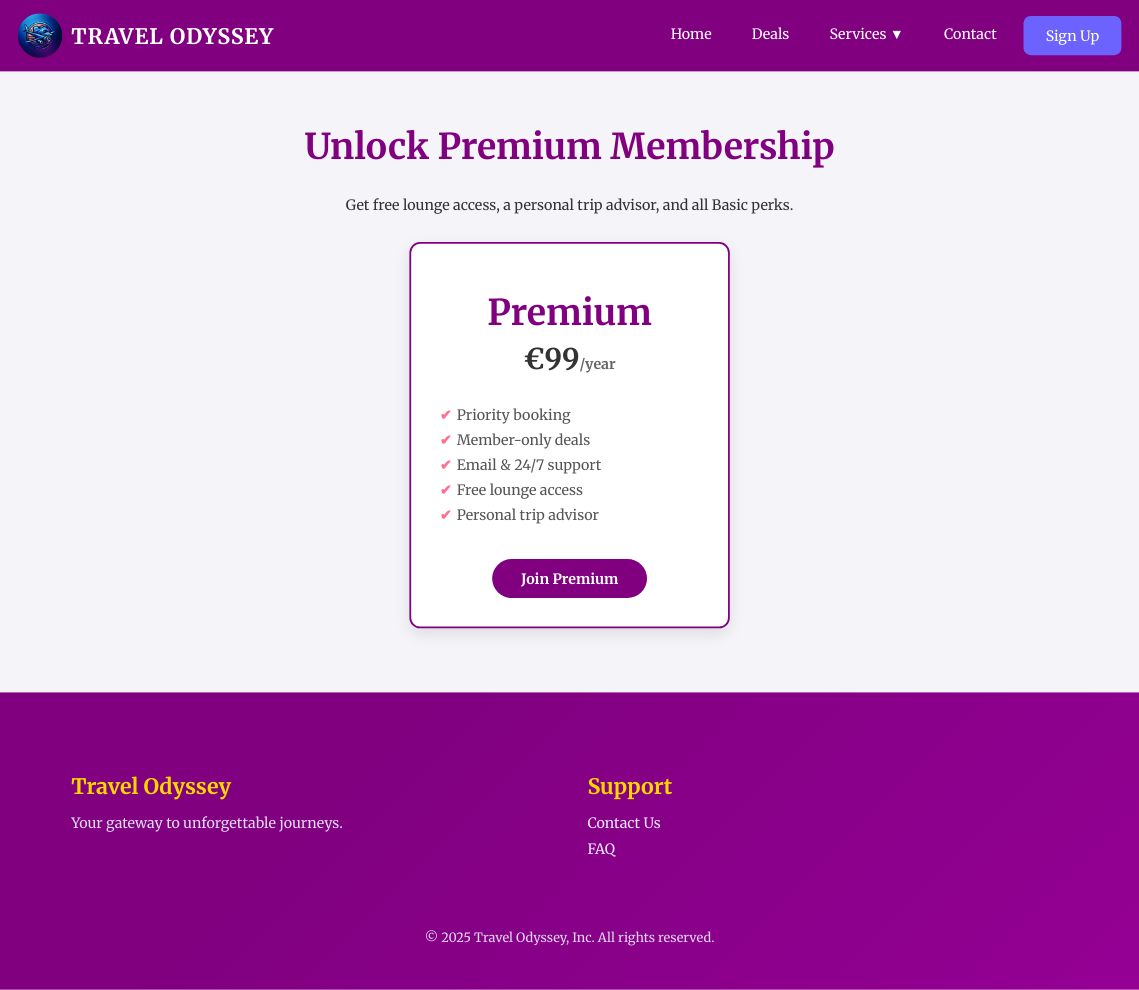
Repository: GHzPhoenix/Project-Odyssey
Page: Frontend/membership.html
These files come from the project's save history. The page is drawn as it stood at one moment and after the next save; the edit follows.
The browser window is 1280 px wide. The pictures show the whole page, at 89% of full size.

Above is the page before, as saved 2025-06-13 14:44:40.

### Frontend/membership.html
<!DOCTYPE html>
<html lang="en">
  <head>
    <meta charset="UTF-8" />
    <meta name="viewport" content="width=device-width, initial-scale=1.0" />
    <title>Membership – Travel Odyssey</title>
    <link rel="stylesheet" href="/Frontend/css/style.css" />
    <link rel="stylesheet" href="/Frontend/css/membership.css" />
    <link
      href="https://fonts.googleapis.com/css2?family=Merriweather:wght@300;400;700&display=swap"
      rel="stylesheet"
    />
    <style>
      .plans {
        display: flex;
        justify-content: center;
        margin: 2rem 0;
      }
      .plan-card {
        background: #fff;
        border-radius: 12px;
        box-shadow: 0 6px 18px rgba(0, 0, 0, 0.1);
        padding: 2rem;
        max-width: 360px;
        text-align: center;
      }
      .plan-card.featured {
        border: 2px solid purple;
      }
      .plan-card h2 {
        margin-bottom: 0.5rem;
        color: purple;
      }
      .plan-card .price {
        font-size: 2rem;
        margin-bottom: 1rem;
      }
      .plan-card ul {
        list-style: none;
        padding: 0;
        margin: 1rem 0;
        text-align: left;
      }
      .plan-card li {
        margin-bottom: 0.5rem;
        position: relative;
        padding-left: 1.2rem;
      }
      .plan-card li::before {
        content: "✔";
        position: absolute;
        left: 0;
        color: purple;
        font-weight: bold;
      }
      .join-btn {
        display: inline-block;
        background: purple;
        color: #fff;
        padding: 0.75rem 2rem;
        border-radius: 25px;
        text-decoration: none;
        font-weight: 700;
        margin-top: 1rem;
        transition: background 0.3s ease;
      }
      .join-btn:hover {
        background: #5e0c5e;
      }
    </style>
  </head>
  <body>
    <header>
      <nav>
        <div class="logo">
          <img src="/Frontend/assets/your-logo.png" alt="Logo" />
          Travel Odyssey
        </div>
        <button class="menu-toggle" onclick="toggleMenu()">
          <div></div>
          <div></div>
          <div></div>
        </button>
        <ul class="nav-menu">
          <li><a href="index.html">Home</a></li>
          <li><a href="deals.html">Deals</a></li>
          <li class="dropdown-parent">
            <a href="#">Services ▼</a>
            <div class="dropdown">
              <a href="membership.html" class="active">Membership</a>
              <a href="dream.html">Plan Your Trip</a>
              <a href="client-area.html">Client Area</a>
            </div>
          </li>
          <li><a href="contact.html">Contact</a></li>
          <li><a href="signup.html" class="signup-btn">Sign Up</a></li>
        </ul>
      </nav>
    </header>

    <main class="membership-page">
      <h1>Unlock Premium Membership</h1>
      <p class="intro">
        Get free lounge access, a personal trip advisor, and all Basic perks.
      </p>

      <div class="plans">
        <div class="plan-card featured">
          <h2>Premium</h2>
          <div class="price">€99<small>/year</small></div>
          <ul>
            <li>Priority booking</li>
            <li>Member-only deals</li>
            <li>Email & 24/7 support</li>
            <li>Free lounge access</li>
            <li>Personal trip advisor</li>
          </ul>
          <a href="client-area.html" class="join-btn">Join Premium</a>
        </div>
      </div>
    </main>

    <footer class="footer">
      <div class="footer-container">
        <div class="footer-section">
          <h3>Travel Odyssey</h3>
          <p>Your gateway to unforgettable journeys.</p>
        </div>
        <div class="footer-section">
          <h3>Support</h3>
          <ul>
            <li><a href="contact.html">Contact Us</a></li>
            <li><a href="faq.html">FAQ</a></li>
          </ul>
        </div>
      </div>
      <div class="footer-bottom">
        © 2025 Travel Odyssey, Inc. All rights reserved.
      </div>
    </footer>

    <script>
      function toggleMenu() {
        document.querySelector(".nav-menu").classList.toggle("active");
      }
    </script>
  </body>
</html>

### Frontend/css/membership.css
@import url("https://fonts.googleapis.com/css2?family=Merriweather:wght@300;400;700&display=swap");

:root {
  --primary: purple;
  --accent: #ff6f91;
  --text-dark: #333;
  --bg-light: #f4f4f9;
  --white: #fff;
}

* {
  box-sizing: border-box;
  margin: 0;
  padding: 0;
}

body {
  font-family: "Merriweather", serif;
  background: var(--bg-light);
  color: var(--text-dark);
}

main.membership-section {
  padding: 60px 20px;
  max-width: 1200px;
  margin: 0 auto;
  text-align: center;
}

.section-title {
  font-size: 2.4rem;
  margin-bottom: 1.5rem;
  font-weight: 700;
  color: var(--primary);
}

.membership-grid {
  display: grid;
  grid-template-columns: repeat(auto-fit, minmax(280px, 1fr));
  gap: 2rem;
  margin-bottom: 3rem;
}

.membership-card {
  background: var(--white);
  border-radius: 12px;
  padding: 2rem;
  box-shadow: 0 8px 20px rgba(0, 0, 0, 0.05);
  transition: transform 0.3s, box-shadow 0.3s;
  display: flex;
  flex-direction: column;
  align-items: center;
}

.membership-card:hover {
  transform: translateY(-8px);
  box-shadow: 0 12px 30px rgba(0, 0, 0, 0.1);
}

.icon {
  font-size: 3rem;
  color: var(--primary);
  margin-bottom: 1rem;
}

.membership-card h3 {
  font-size: 1.5rem;
  margin-bottom: 0.75rem;
  color: var(--text-dark);
}

.membership-card p {
  font-size: 1rem;
  color: #666;
  margin-bottom: 1.5rem;
  line-height: 1.5;
}

.price {
  font-size: 1.4rem;
  font-weight: 700;
  color: var(--text-dark);
  margin-bottom: 2rem;
}

.join-btn {
  background: var(--primary);
  color: var(--white);
  padding: 0.75rem 2rem;
  border-radius: 25px;
  font-size: 1rem;
  font-weight: 700;
  text-decoration: none;
  transition: background 0.3s, transform 0.2s;
}

.join-btn:hover {
  background: var(--accent);
  transform: translateY(-2px);
}

.plans {
  display: flex;
  flex-wrap: wrap;
  gap: 2rem;
  justify-content: center;
  margin-bottom: 3rem;
}

.plan-card {
  background: var(--white);
  border-radius: 10px;
  box-shadow: 0 6px 16px rgba(0, 0, 0, 0.05);
  flex: 1 1 220px;
  max-width: 240px;
  padding: 1.5rem;
  display: flex;
  flex-direction: column;
  align-items: center;
  transition: transform 0.3s, border-color 0.3s;
}

.plan-card:hover {
  transform: translateY(-5px);
}

.plan-card.featured {
  border: 2px solid var(--accent);
}

.plan-card h2 {
  margin-bottom: 0.5rem;
  color: var(--primary);
}

.plan-card .price {
  font-size: 2rem;
  margin-bottom: 1rem;
}

.plan-card .price small {
  font-size: 1rem;
  color: #666;
}

.plan-card ul {
  list-style: none;
  width: 100%;
  margin: 1rem 0 2rem;
  padding: 0;
  text-align: left;
}

.plan-card ul li {
  margin-bottom: 0.5rem;
  position: relative;
  padding-left: 1.2rem;
  color: #555;
}

.plan-card ul li::before {
  content: "✔";
  position: absolute;
  left: 0;
  color: var(--accent);
}

#membership-form {
  background: var(--white);
  padding: 2rem;
  border-radius: 10px;
  box-shadow: 0 6px 16px rgba(0, 0, 0, 0.05);
  max-width: 600px;
  margin: 0 auto 3rem;
}

.form-row {
  margin-bottom: 1.25rem;
  text-align: left;
}

.form-row label {
  display: block;
  margin-bottom: 0.5rem;
  font-weight: 600;
  color: var(--text-dark);
}

.form-row select,
.form-row input[type="text"] {
  width: 100%;
  padding: 0.6rem;
  border: 1px solid #ccc;
  border-radius: 6px;
  font-size: 1rem;
}

.form-row p {
  margin-bottom: 0.5rem;
  font-weight: 600;
}

.form-row.two-cols {
  display: flex;
  gap: 1rem;
}

#card-fields {
  margin-top: 1rem;
}

@media (max-width: 768px) {
  .membership-grid,
  .plans {
    flex-direction: column;
    grid-template-columns: 1fr;
    align-items: center;
  }
}

Loaded but not shown: Frontend/css/style.css (1245 lines, source omitted)

After the next save:
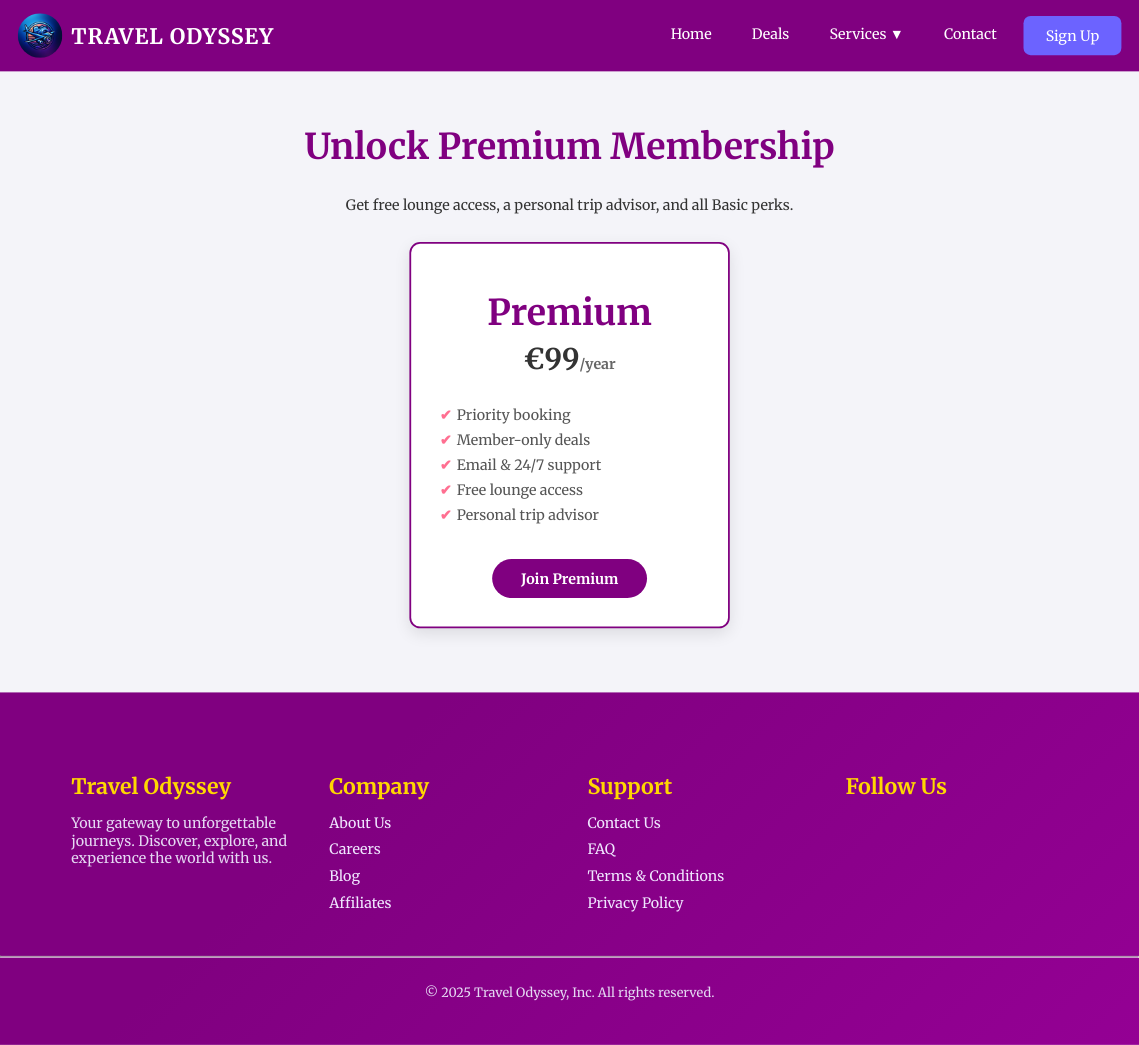
Saved 11 s later.
--- a/Frontend/membership.html
+++ b/Frontend/membership.html
@@ -124,18 +124,42 @@
       <div class="footer-container">
         <div class="footer-section">
           <h3>Travel Odyssey</h3>
-          <p>Your gateway to unforgettable journeys.</p>
+          <p>
+            Your gateway to unforgettable journeys. Discover, explore, and
+            experience the world with us.
+          </p>
+        </div>
+        <div class="footer-section">
+          <h3>Company</h3>
+          <ul>
+            <li><a href="aboutus.html">About Us</a></li>
+            <li><a href="careers.html">Careers</a></li>
+            <li><a href="blog.html">Blog</a></li>
+            <li><a href="affiliates.html">Affiliates</a></li>
+          </ul>
         </div>
         <div class="footer-section">
           <h3>Support</h3>
           <ul>
             <li><a href="contact.html">Contact Us</a></li>
             <li><a href="faq.html">FAQ</a></li>
+            <li><a href="terms.html">Terms & Conditions</a></li>
+            <li><a href="privacy.html">Privacy Policy</a></li>
           </ul>
         </div>
+        <div class="footer-section">
+          <h3>Follow Us</h3>
+          <div class="social-icons">
+            <a href="#"><i class="fab fa-facebook"></i></a>
+            <a href="#"><i class="fab fa-instagram"></i></a>
+            <a href="#"><i class="fab fa-twitter"></i></a>
+            <a href="#"><i class="fab fa-youtube"></i></a>
+          </div>
+        </div>
       </div>
+      <hr />
       <div class="footer-bottom">
-        © 2025 Travel Odyssey, Inc. All rights reserved.
+        <p>© 2025 Travel Odyssey, Inc. All rights reserved.</p>
       </div>
     </footer>
 
